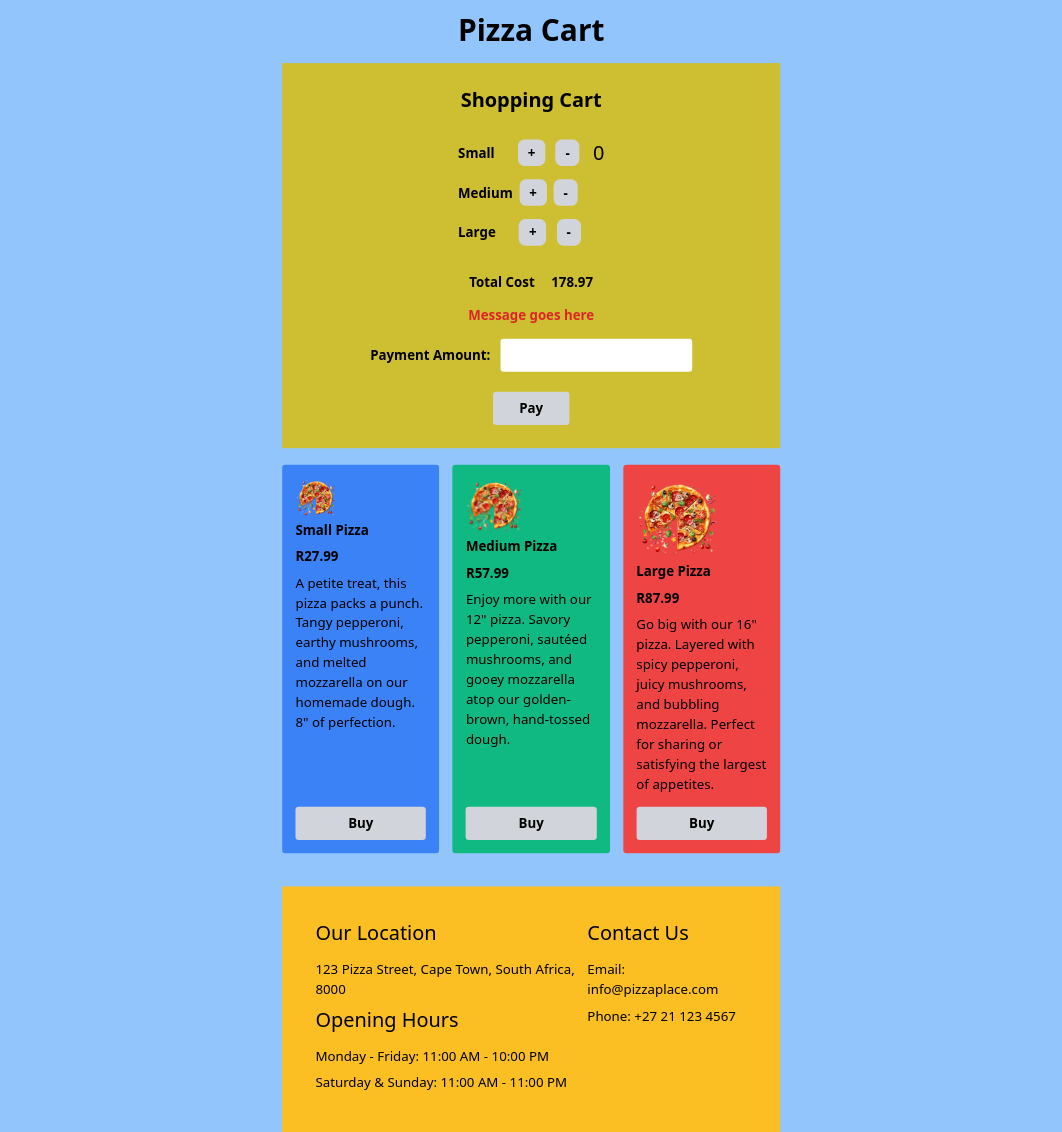
Repository: lasity34/pizza_cart
Page: index.html
These files come from the project's save history. The page is drawn as it stood at one moment and after the next save; the edit follows.
The browser window is 1280 px wide. The pictures show the whole page, at 83% of full size.
Some web libraries are served in a nearby version.

Above is the page before, as saved 2023-07-11 11:26:38.
Console error: ReferenceError: amount is not defined

### index.html
<!DOCTYPE html>
<html lang="en">
  <head>
    <meta charset="UTF-8" />
    <meta name="viewport" content="width=device-width, initial-scale=1.0" />
    <title>Pizza Cart</title>
    <script src="//unpkg.com/alpinejs" defer></script>
    <link
      href="https://cdn.jsdelivr.net/npm/tailwindcss@2.1.2/dist/tailwind.min.css"
      rel="stylesheet"
    />
    <link href="./style.css" rel="stylesheet" />
  </head>
  <body class="bg-blue-300">

    <section class="flex justify-center items-center">
      <h1 class="text-4xl pt-4 font-bold">Pizza Cart</h1>
    </section>

    <section
      class="shop-container my-5 p-7 flex justify-center items-center flex-col"
    >
      <h2 class="text-2xl mb-2 font-bold">Shopping Cart</h2>
      <div class="mt-6 flex flex-col items-center">
        <div x-data="cart">
          <div class="flex items-center mb-4">
            <p class="font-bold mr-2">Small</p>
            <div class="ml-5">
              <button
                @click="increment('small')"
                class="bg-gray-300 hover:bg-gray-400 rounded-lg px-3 py-1 mr-2 font-bold"
              >
                +
              </button>
              <button
                @click="decrement('small')"
                class="bg-gray-300 hover:bg-gray-400 rounded-lg px-3 py-1 font-bold"
              >
                -
              </button>
            </div>
           <p class="ml-4 text-2xl"><span x-text="smallAmount * prices.small">R0.00</span></p>
          </div>
          <div class="flex items-center mb-4">
            <p class="font-bold mr-2">Medium</p>
            <button
              @click="increment()"
              class="bg-gray-300 hover:bg-gray-400 rounded-lg px-3 py-1 mr-2 font-bold"
            >
              +
            </button>
            <button
              @click="decrement()"
              class="bg-gray-300 hover:bg-gray-400 rounded-lg px-3 py-1 font-bold"
            >
              -
            </button>
            <p class="ml-2" x-text="amount * price"></p>
          </div>
          <div class="flex items-center mb-4">
            <p class="font-bold mr-2">Large</p>
            <div class="ml-5">

              <button
                @click="increment()"
                class="bg-gray-300 hover:bg-gray-400 rounded-lg px-3 py-1 mr-2 font-bold"
              >
                +
              </button>
              <button
                @click="decrement()"
                class="bg-gray-300 hover:bg-gray-400 rounded-lg px-3 py-1 font-bold"
              >
                -
              </button>
              <p class="ml-2" x-text="amount * price"></p>
            </div>
          </div>
        </div>
        <div class="flex mt-4">
          <p class="font-bold">Total Cost</p>
          <p class="ml-5 font-bold">178.97</p>
        </div>
        <div class="mt-4">
          <p class="text-red-600 font-bold">Message goes here</p>
        </div>
        <div class="mt-4">
          <label class="font-bold">Payment Amount:</label>
          <input type="text" class="rounded ml-2 py-2" />
        </div>
        <div class="mt-6">
          <button
            class="bg-gray-300 hover:bg-gray-400 py-2 px-8 rounded font-bold"
          >
            Pay
          </button>
        </div>
      </div>
    </section>

    <section class="pizza_columns">
      <div class="flex justify-around gap-4 max-w-screen-sm mx-auto">
        <div
          class="pizza_sm bg-blue-500 rounded p-4 w-64 flex flex-col justify-between text-black"
        >
          <div>
            <img src="./pizza.png" width="50" />
            <h3 class="mb-2 font-bold">Small Pizza</h3>
            <h3 class="mb-2 font-bold">R27.99</h3>
            <p class="mb-4">
              A petite treat, this pizza packs a punch. Tangy pepperoni, earthy
              mushrooms, and melted mozzarella on our homemade dough. 8" of
              perfection.
            </p>
          </div>
          <button
            @click=""
            class="bg-gray-300 hover:bg-gray-400 transition-colors duration-300 py-2 px-4 rounded font-bold"
          >
            Buy
          </button>
        </div>
        <div
          class="pizza_md bg-green-500 rounded p-4 w-64 flex flex-col justify-between text-black"
        >
          <div>
            <img src="./pizza.png" width="70" />
            <h3 class="mb-2 font-bold">Medium Pizza</h3>
            <h3 class="mb-2 font-bold">R57.99</h3>
            <p class="mb-4">
              Enjoy more with our 12" pizza. Savory pepperoni, sautéed
              mushrooms, and gooey mozzarella atop our golden-brown, hand-tossed
              dough.
            </p>
          </div>
          <button
            class="bg-gray-300 hover:bg-gray-400 transition-colors duration-300 py-2 px-4 rounded font-bold"
          >
            Buy
          </button>
        </div>
        <div
          class="pizza_lg bg-red-500 rounded p-4 w-64 flex flex-col justify-between text-black"
        >
          <div>
            <img src="./pizza.png" width="100" />
            <h3 class="mb-2 font-bold">Large Pizza</h3>
            <h3 class="mb-2 font-bold">R87.99</h3>
            <p class="mb-4">
              Go big with our 16" pizza. Layered with spicy pepperoni, juicy
              mushrooms, and bubbling mozzarella. Perfect for sharing or
              satisfying the largest of appetites.
            </p>
          </div>
          <button
            class="bg-gray-300 hover:bg-gray-400 transition-colors duration-300 py-2 px-4 rounded font-bold"
          >
            Buy
          </button>
        </div>
      </div>

      <footer class="bg-yellow-400 text-black mt-10 p-10">
        <div class="container mx-auto flex justify-between">
          <div>
            <h2 class="text-2xl mb-4">Our Location</h2>
            <p class="mb-2">123 Pizza Street, Cape Town, South Africa, 8000</p>

            <h2 class="text-2xl mb-4">Opening Hours</h2>
            <p class="mb-2">Monday - Friday: 11:00 AM - 10:00 PM</p>
            <p class="mb-2">Saturday & Sunday: 11:00 AM - 11:00 PM</p>
          </div>
          <div>
            <h2 class="text-2xl mb-4">Contact Us</h2>
            <p class="mb-2">Email: info@pizzaplace.com</p>
            <p class="mb-2">Phone: +27 21 123 4567</p>
          </div>
        </div>
      </footer>
    </section>
    <script src="./pizza.js"></script>
  </body>
</html>

### style.css

body {
    max-width: 600px;
    margin: 0 auto;
}

.shop-container {
    background-color: rgb(205, 190, 50);
}

### pizza.js
function cart() {
  return {
    smallAmount:  0,
    mediumAmount: 0,
    largeAmount: 0,
    prices: {
      small: 27.99,
      medium: 57.99,
      large: 87.99,
    },
    increment(size) {
      if (size === "small") {
        this.smallAmount++;
      } else if (size === "medium") {
        this.mediumAmount++;
      } else if (size === "large") {
        this.largeAmount++;
      }
    },
    decrement(size) {
      if (size === "small" && this.smallAmount > 0) {
        this.smallAmount--;
      } else if (size === "medium" && this.mediumAmount > 0) {
        this.mediumAmount--;
      } else if (size === "large" && this.largeAmount > 0) {
        this.largeAmount--;
      }
    },
  };
}

document.addEventListener("alpine:init", () => {
  Alpine.data("cart", cart);
});

After the next save:
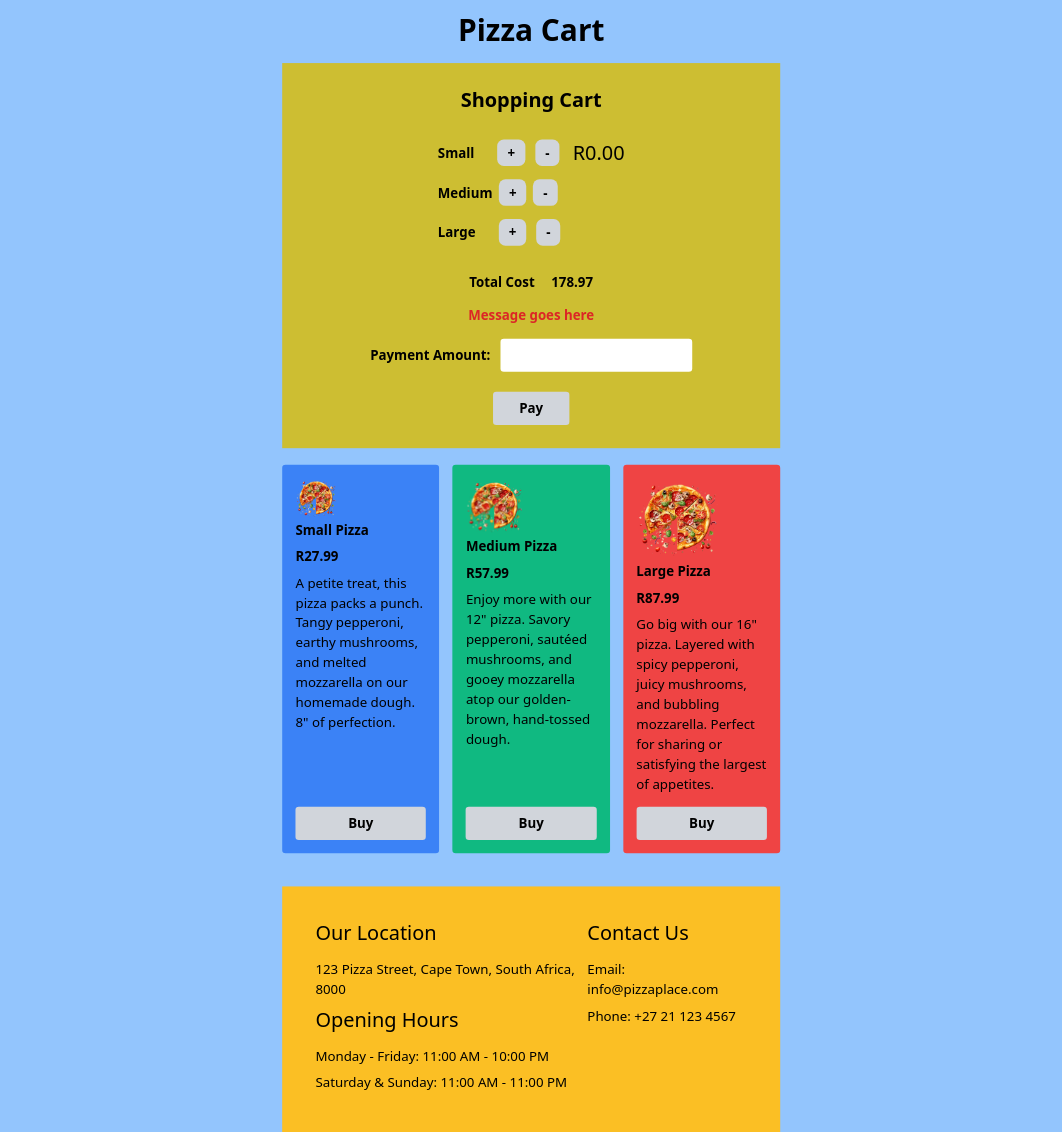
Saved 24 s later.
--- a/index.html
+++ b/index.html
@@ -39,7 +39,7 @@
                 -
               </button>
             </div>
-           <p class="ml-4 text-2xl"><span x-text="smallAmount * prices.small">R0.00</span></p>
+           <p class="ml-4 text-2xl">R<span x-text="(smallAmount * prices.small).toFixed(2)"></span></p>
           </div>
           <div class="flex items-center mb-4">
             <p class="font-bold mr-2">Medium</p>
